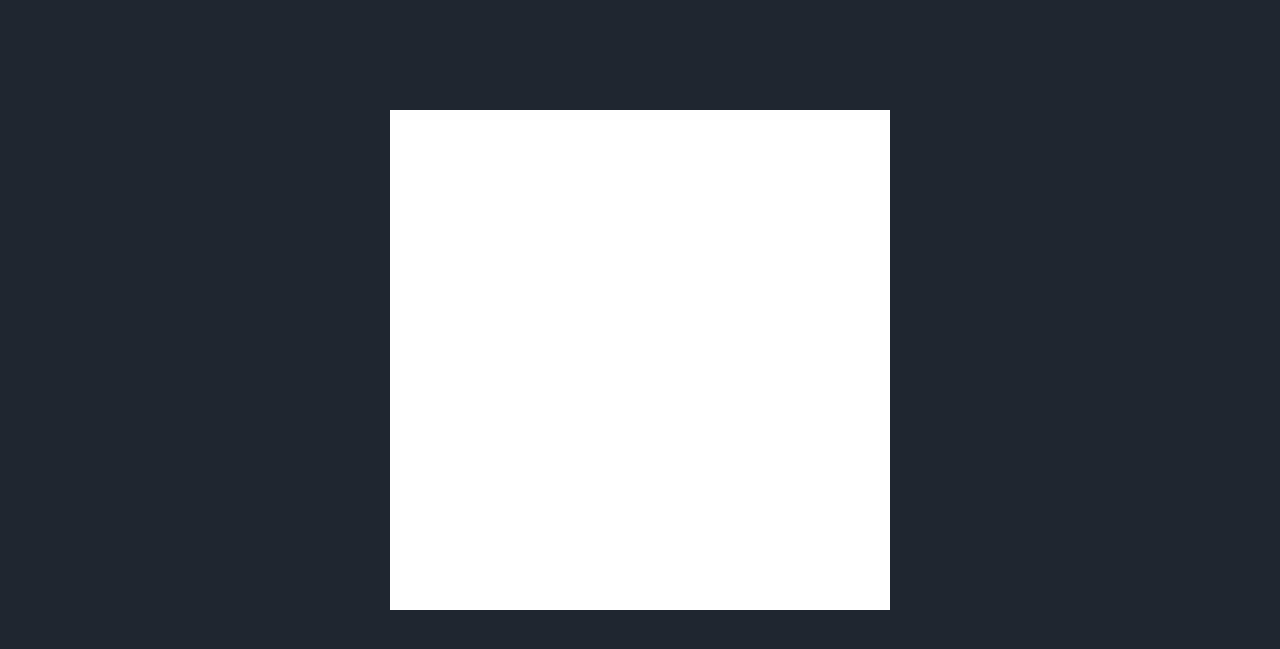
Repository: thecodeholic/cst-javascript-course
Page: /
An editor plug-in stored every save of this project. The page is shown before and after the next save, followed by the edit.
The browser window is 1280 px wide. The pictures show the whole page.
The project was rebuilt for these pictures with package versions that can differ from the ones it lists, and the page was loaded fresh each time.

Above is the page before, as saved 2020-11-25 10:31:35.

After the next save:
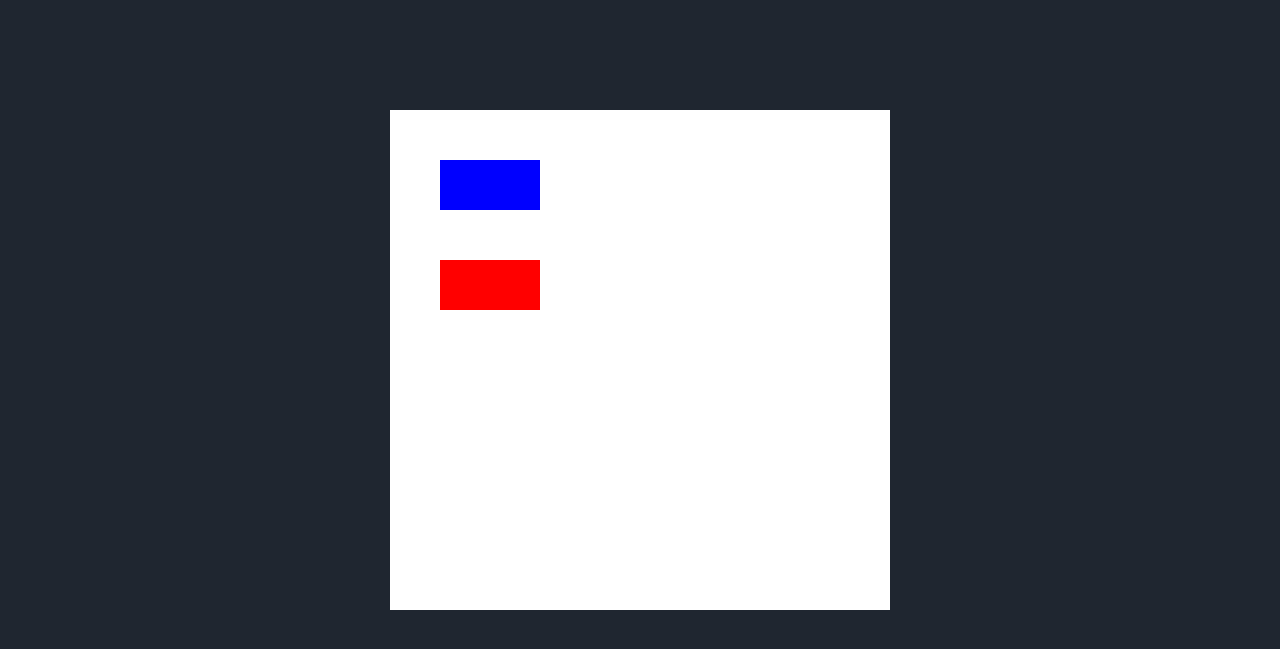
Saved 5 s later.
--- a/app.js
+++ b/app.js
@@ -9,13 +9,13 @@
 const canvas = document.getElementById('myCanvas');
 const ctx = canvas.getContext('2d');
 
-// // Draw rectangles
-// // =================
-// // fillRect
-// ctx.fillStyle = 'blue';
-// ctx.fillRect(50, 50, 100, 50);
-// ctx.fillStyle = 'red';
-// ctx.fillRect(50, 150, 100, 50)
+// Draw rectangles
+// =================
+// fillRect
+ctx.fillStyle = 'blue';
+ctx.fillRect(50, 50, 100, 50);
+ctx.fillStyle = 'red';
+ctx.fillRect(50, 150, 100, 50)
 
 // // strokeRect
 // ctx.strokeStyle = 'green';
